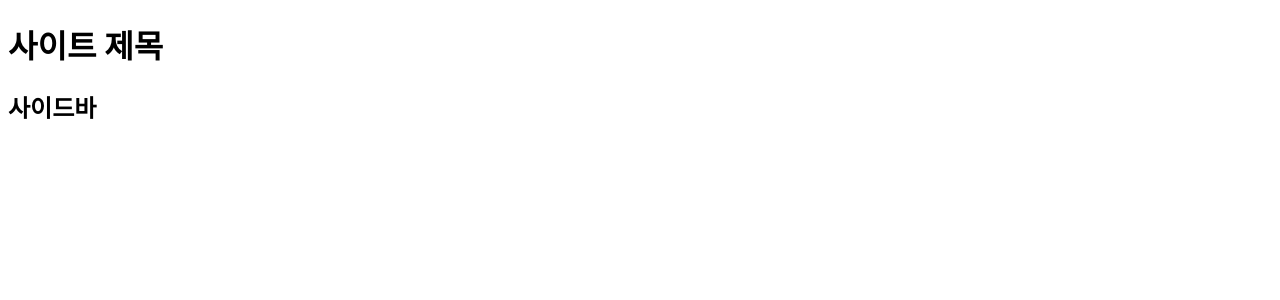
Repository: topyoungil/CodeMemories-ByJake
Page: HTML_CSS/WebContent/test/1003_css/2column.html
An editor plug-in stored every save of this project. The page is shown before and after the next save, followed by the edit.
The browser window is 1280 px wide. The pictures show the whole page.

Above is the page before, as saved 2022-10-03 06:13:35.

### HTML_CSS/WebContent/test/1003_css/2column.html
<!DOCTYPE html>
<html>
<head>
<meta charset="UTF-8">
<title>Insert title here</title>
</head>
<body>
	<div id="container">
		<header id="header">
			<h1>사이트 제목</h1>
		</header>
		<aside id="sidebar">
			<h2>사이드바</h2>
		</aside>
	</div>

</body>
</html>

After the next save:
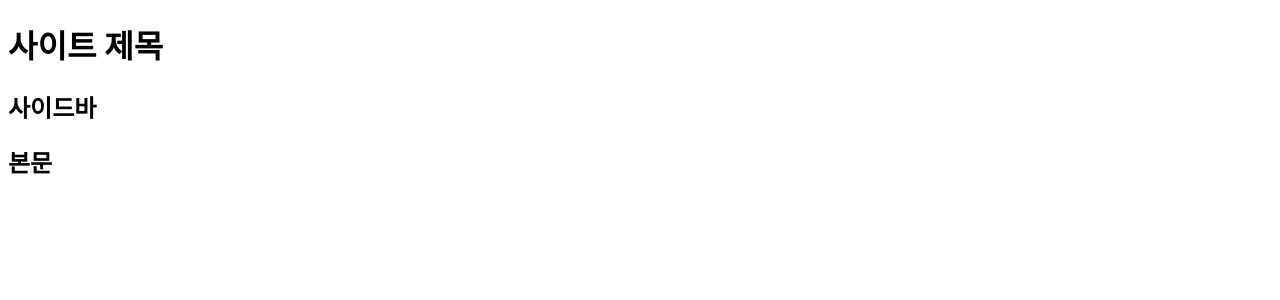
Saved 27 s later.
--- a/HTML_CSS/WebContent/test/1003_css/2column.html
+++ b/HTML_CSS/WebContent/test/1003_css/2column.html
@@ -12,6 +12,9 @@
 		<aside id="sidebar">
 			<h2>사이드바</h2>
 		</aside>
+		<section id="contents">
+			<h2>본문</h2>
+		</section>
 	</div>
 
 </body>
